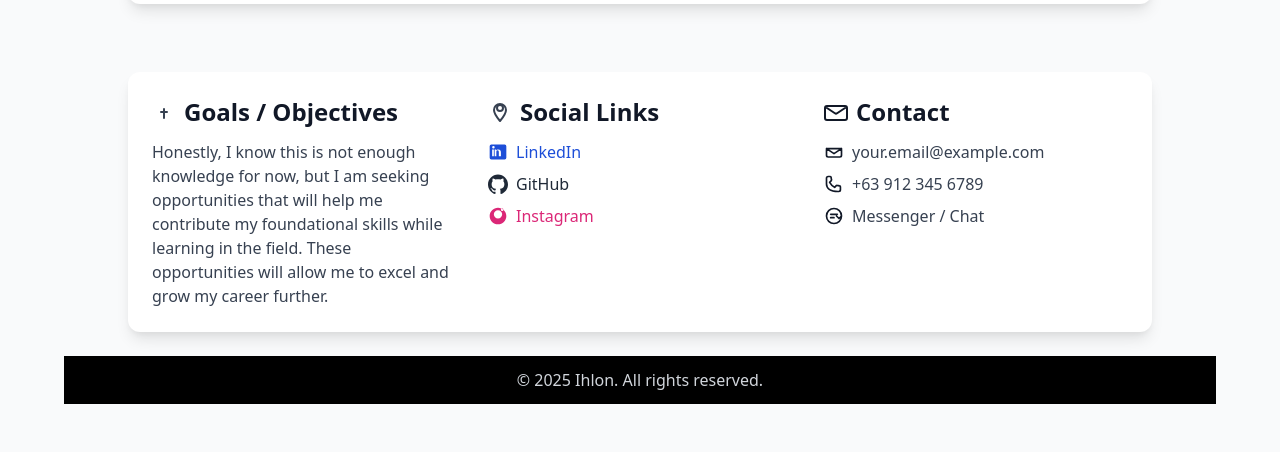
Repository: MeekSharkdev/cv-portfolio
Page: index.html
These files come from the project's save history. The page is drawn as it stood at one moment and after the next save; the edit follows.
The browser window is 1280 px wide. The pictures show the part of the page from y = 2196 to 2672 px (the page is 2648 px tall before and 2672 px after).
A picture or video elsewhere on the page could not be fetched, so the positions and the page height are approximate.

Above is the page before, as saved 2026-01-31 16:45:54.
Not found: styles.css

After the next save:
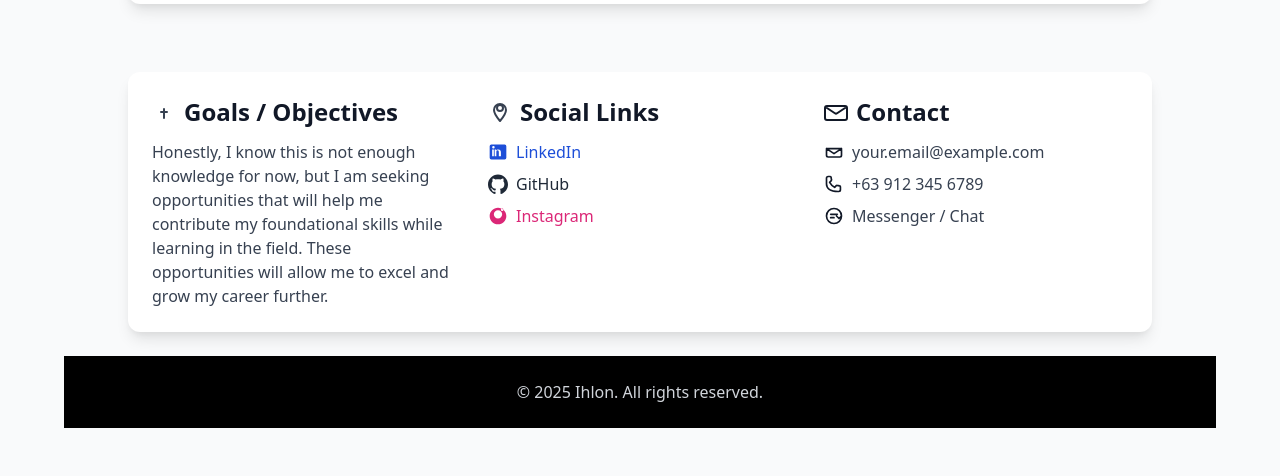
Saved 6 s later.
--- a/index.html
+++ b/index.html
@@ -461,7 +461,7 @@
 
 <!-- Footer Section -->
 <footer class="bg-black text-gray-300 w-full">
-    <div class="max-w-full mx-0 px-8 py-3 text-center">
+    <div class="max-w-full mx-0 px-8 py-6 text-center">
         &copy; 2025 Ihlon. All rights reserved.
     </div>
 </footer>
